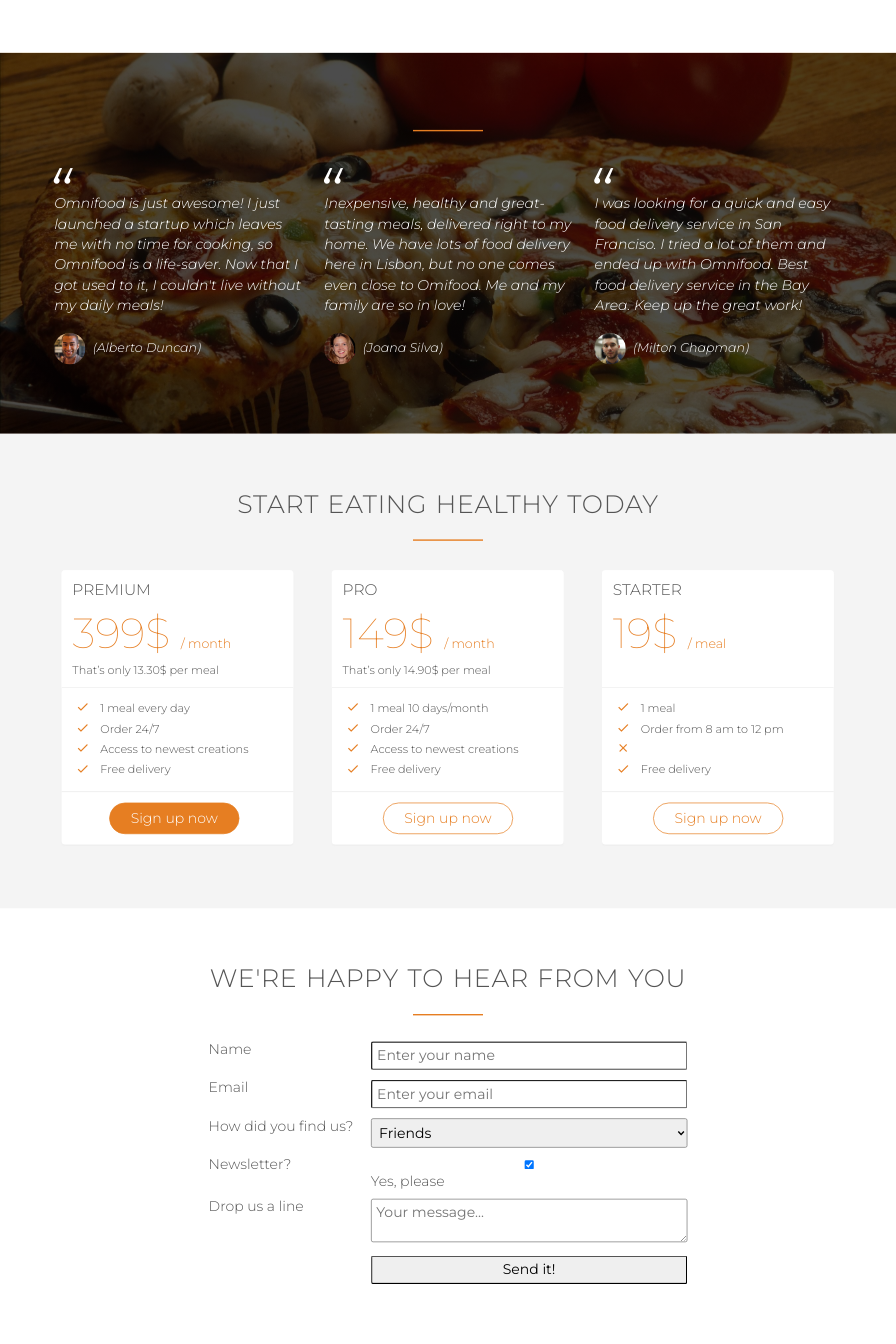
Repository: bbaryn/tasty-food-page
Page: index.html
An editor plug-in stored every save of this project. The page is shown before and after the next save, followed by the edit.
The browser window is 1280 px wide. The pictures show the part of the page from y = 3292 to 5212 px (the page is 5212 px tall before and 5175 px after), at 70% of full size.
Backgrounds fixed to the window are drawn as part of the page.

Above is the page before, as saved 2019-03-28 10:58:28.

After the next save:
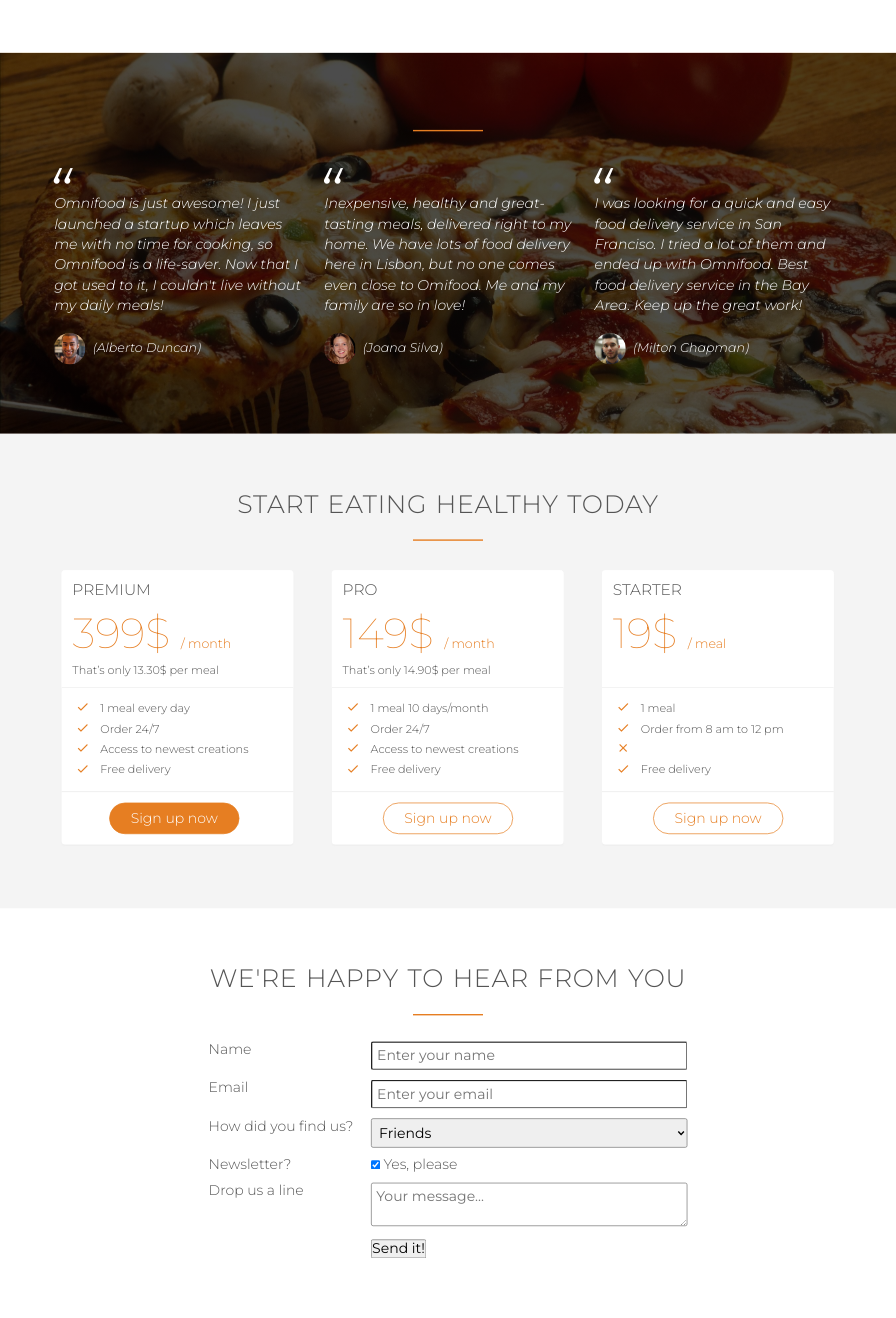
Saved 2 min 24 s later.
--- a/resources/css/style.css
+++ b/resources/css/style.css
@@ -459,7 +459,8 @@
     margin: 0 auto;
 }
 
-input,
+input[type=text],
+input[type=email],
 select,
 textarea {
     width: 100%;
